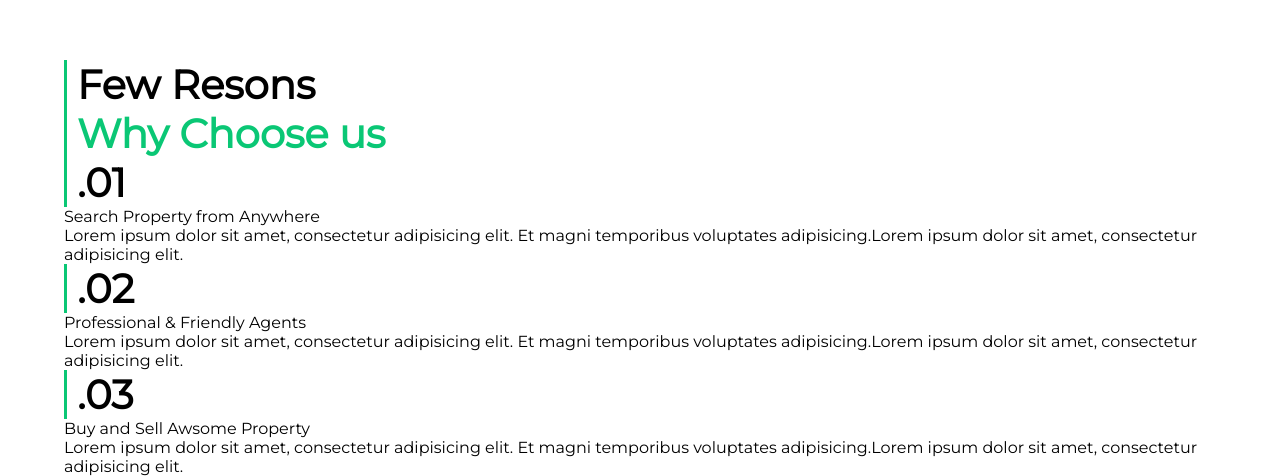
Repository: Yowani24/Real-Estate2
Page: index.html
An editor plug-in stored every save of this project. The page is shown before and after the next save, followed by the edit.
The browser window is 1280 px wide. The pictures show the part of the page from y = 2326 to 2802 px (the page is 2802 px tall).
A picture or video elsewhere on the page could not be fetched, so the positions and the page height are approximate. Some web fonts or font styles are not loaded; a fallback is used.

Above is the page before, as saved 2021-08-29 13:23:26.

After the next save:
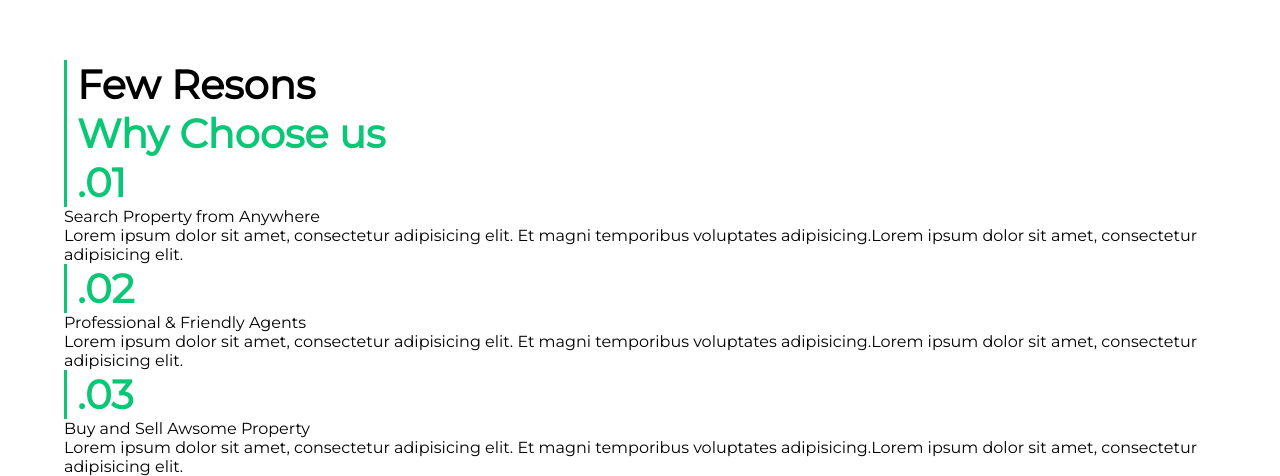
Saved 74 s later.
--- a/styles.css
+++ b/styles.css
@@ -267,3 +267,14 @@ Header .menu nav a{
 .whyUs p:nth-child(1) span{
     color: rgb(10, 199, 117);
 }
+
+.items p:nth-child(1){
+    font-size: 40px;
+    color: rgb(10, 199, 117);
+}
+.items p:nth-child(1){
+
+}
+.items p:nth-child(1){
+
+}
